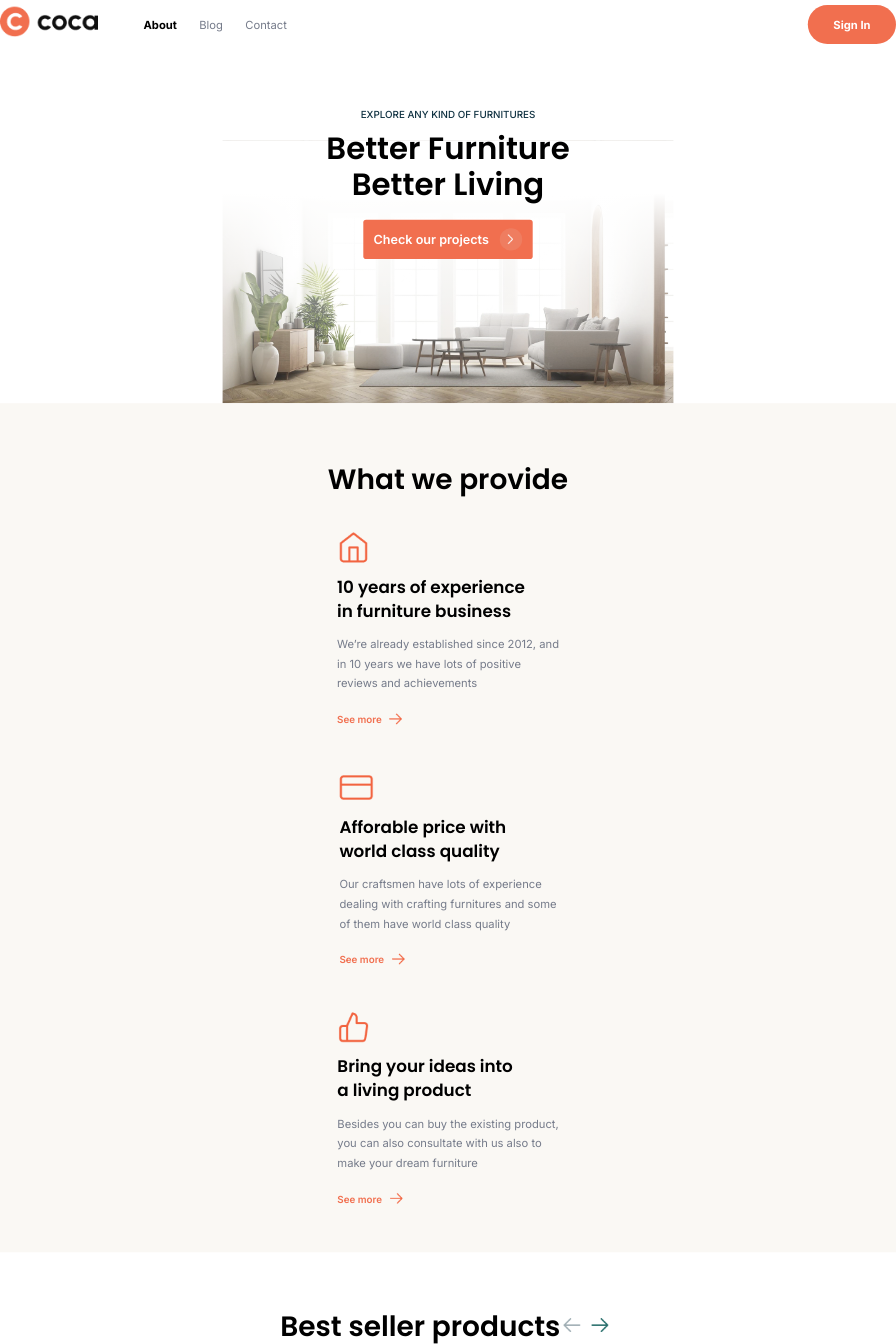
Repository: MatheusEich15/FrontEnd
Page: Prova 1 FrontEnd/Prova 1 FrontEnd/index.html
The author's editor kept a copy of each file at every save. The page is drawn from the files as they stood at one save, then again after the next save.
The browser window is 1280 px wide. The pictures show the part of the page from y = 0 to 1920 px (the page is 4946 px tall before and 4990 px after), at 70% of full size.

Above is the page before, as saved 2026-03-13 10:44:18.

After the next save:
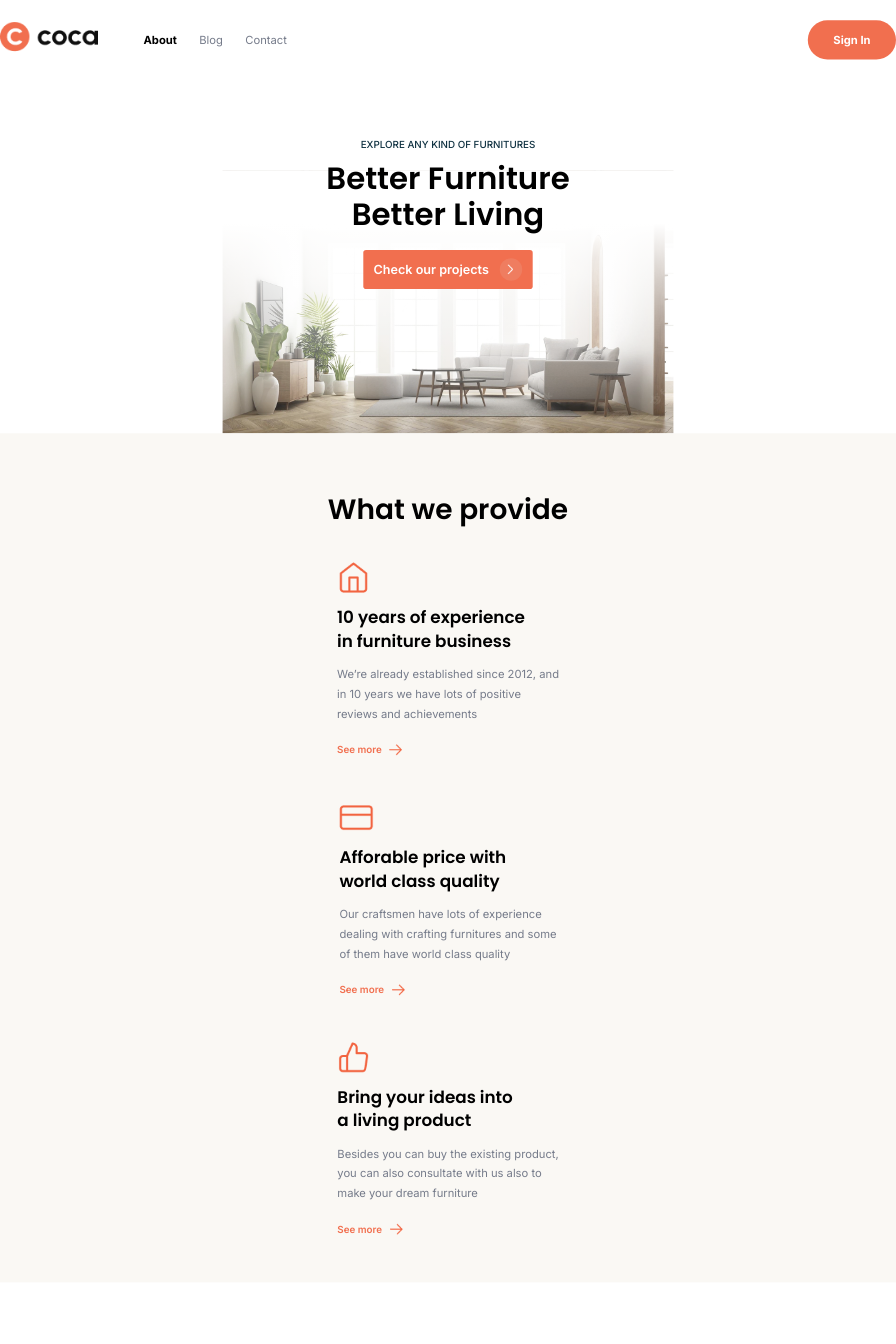
Saved 9 s later.
--- a/Prova 1 FrontEnd/Prova 1 FrontEnd/style.css
+++ b/Prova 1 FrontEnd/Prova 1 FrontEnd/style.css
@@ -595,7 +595,7 @@ footer {
     header {
         display: flex;
         margin: 0;
-        height: ;
+        height: 7.125rem;
     }
 
     #logo-header img {
